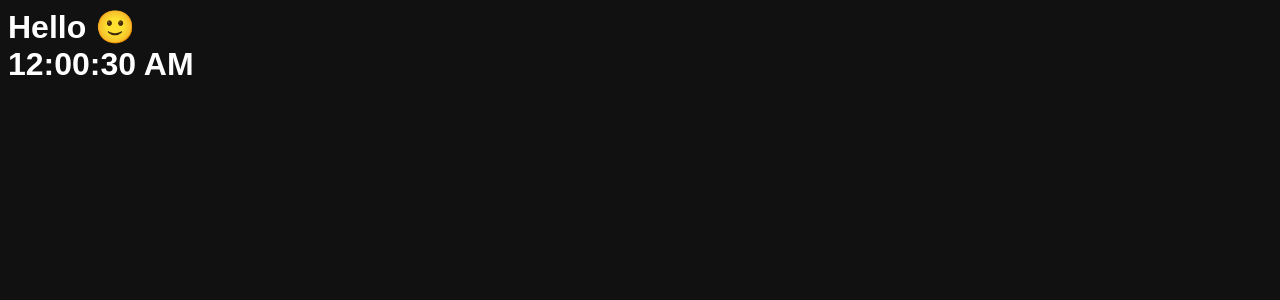
Repository: 43320888/upwork
Page: popup/index.html
These files come from the project's save history. The page is drawn as it stood at one moment and after the next save; the edit follows.
The browser window is 1280 px wide. The pictures show the whole page.

Above is the page before, as saved 2019-01-24 10:20:54.
Console error: ReferenceError: backTimer is not defined

After the next save:
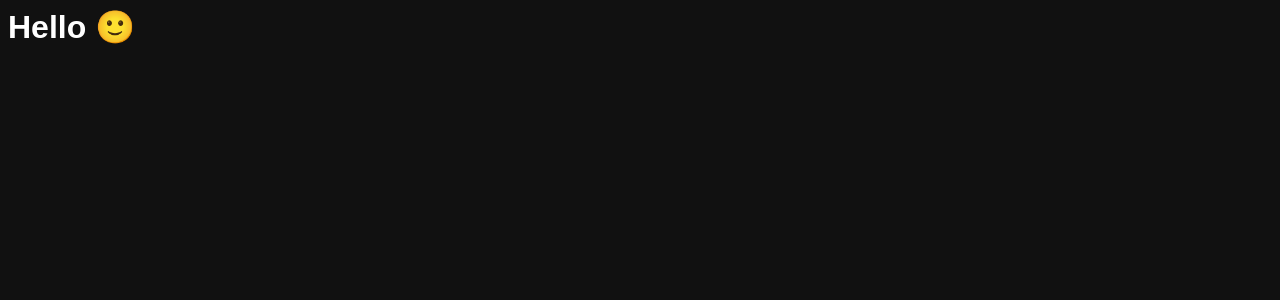
The error is gone.
Saved 32 s later.
--- a/popup/index.html
+++ b/popup/index.html
@@ -1,17 +1,4 @@
 <meta http-equiv="Content-Type" content="text/html;charset=UTF-8">
 <body style="background:#111; color:#fff; font-family: Arial, Helvetica, sans-serif">
-	<h1>Hello 🙂<div></div>
-		<script>(() => {
-				const x = new Date().getTime() + 30000;
-				const j = document.querySelector('h1 div');
-
-					var i = new Date().getTime();
-					if (i < x) {
-						j.innerHTML = new Date(x - i).toLocaleTimeString();
-						setTimeout(backTimer, 500);
-					} else {
-						j.innerHTML = "00:00:00";
-					}
-
-			})()</script></h1>
+	<h1>Hello 🙂<div></div><script src="timer.js"></script></h1>
 </body>
